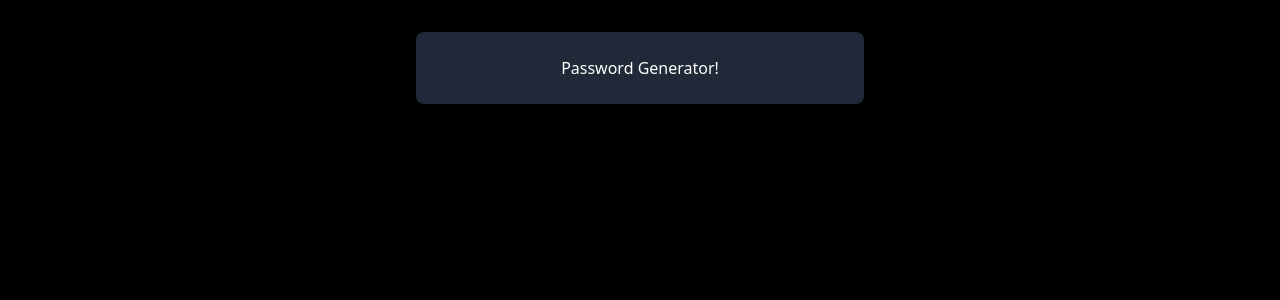
Repository: tirth2014/chai-aur-react
Page: / (app in 05_password-generator/)
The author's editor kept a copy of each file at every save. The page is drawn from the files as they stood at one save, then again after the next save.
The browser window is 1280 px wide. The pictures show the whole page.
The project was rebuilt for these pictures with package versions that can differ from the ones it lists, and the page was loaded fresh each time. Also part of the build but not shown: 05_password-generator/vite.config.js.

Above is the page before, as saved 2023-10-07 16:34:32.

After the next save:
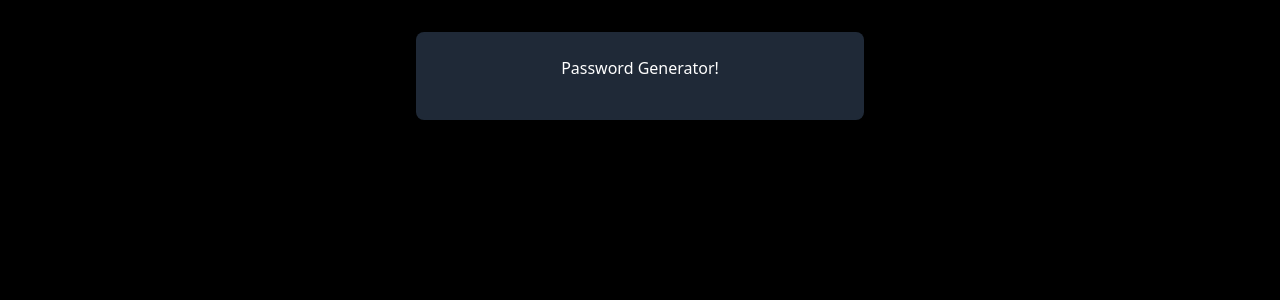
Saved 8 s later.
--- a/05_password-generator/src/App.jsx
+++ b/05_password-generator/src/App.jsx
@@ -6,7 +6,7 @@ function App() {
     <>
     <div className="w-full max-w-md mx-auto shadow-md rounded-lg px-4 py-3 my-8 bg-gray-800 text-orange-500">
         <h1 className='text-white text-center my-3'>Password Generator!</h1>
-        <div className='flex shadow rounded-lg overflow-hidden'></div>
+        <div className='flex shadow rounded-lg overflow-hidden mb-4'></div>
       </div>
     </>
   )
